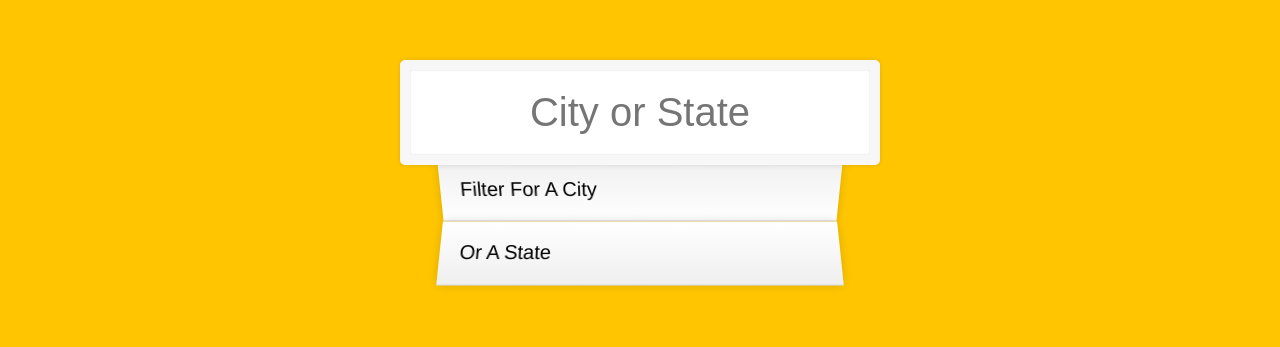
Repository: Saieebawake/Type-Ahead-City-or-State-Search
Page: index.html
These files come from the project's save history. The page is drawn as it stood at one moment and after the next save; the edit follows.
The browser window is 1280 px wide. The pictures show the whole page.
The page's requests for data from a server got no answer.

Above is the page before, as saved 2026-09-27 20:46:20.

After the next save:
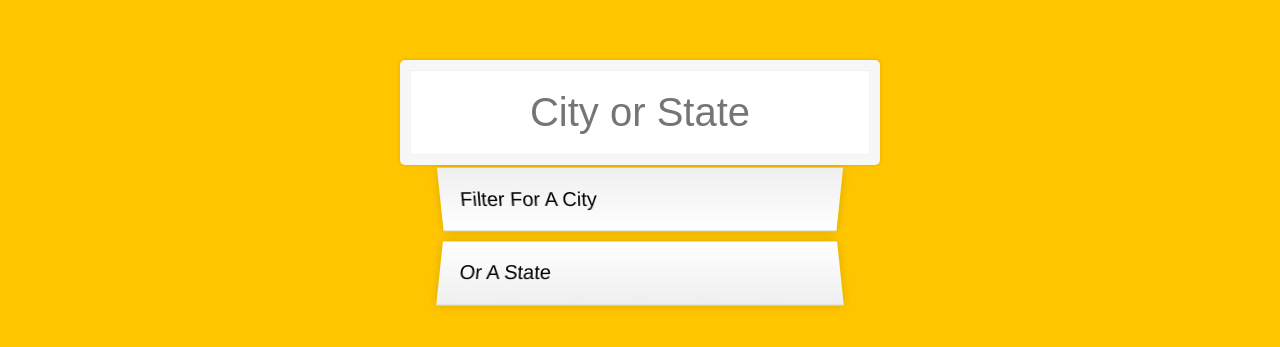
Saved 6 s later.
--- a/style.css
+++ b/style.css
@@ -46,7 +46,7 @@
     list-style: none;
     border-bottom: 1px solid #d8d8d8;
     box-shadow: 0 0 10px rgba(0, 0, 0, 0.14);
-    margin-top: 0;
+    margin-top: 10px;
     padding: 20px;
     transition: background 0.2s;
     display: flex;

After the 3 saves that followed:
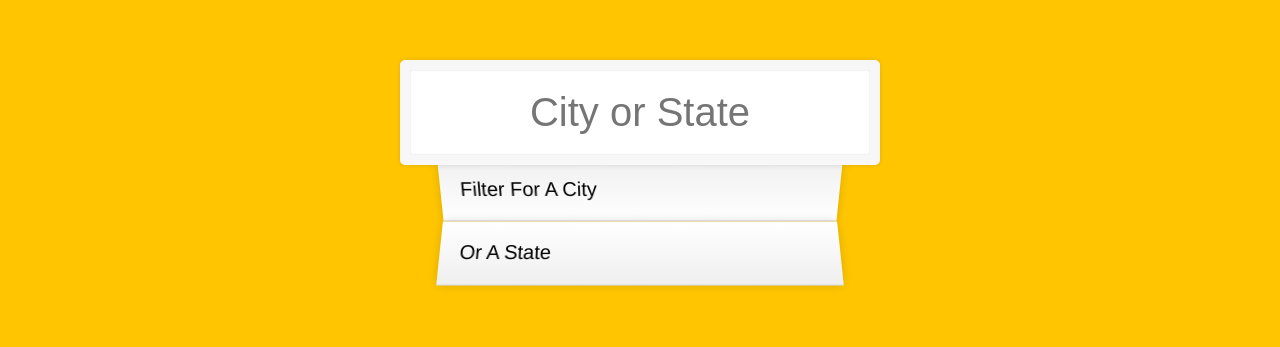
The 3 saves are shown as one change because they came seconds apart.
The last was saved 11 s later.
--- a/style.css
+++ b/style.css
@@ -46,7 +46,7 @@
     list-style: none;
     border-bottom: 1px solid #d8d8d8;
     box-shadow: 0 0 10px rgba(0, 0, 0, 0.14);
-    margin-top: 10px;
+    margin: 0;
     padding: 20px;
     transition: background 0.2s;
     display: flex;
